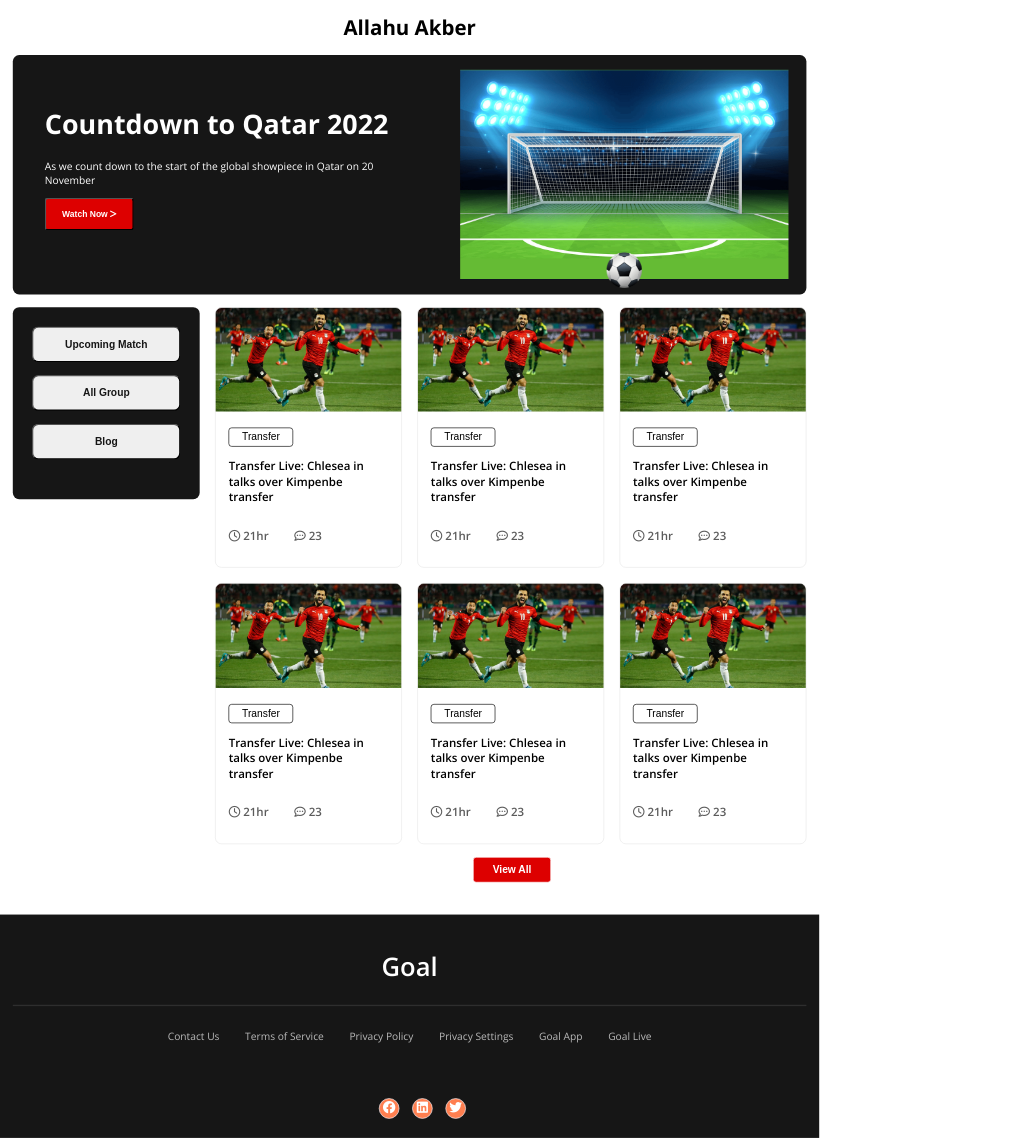
Repository: zjria/Qatar-world-cup
Page: index.html
An editor plug-in stored every save of this project. The page is shown before and after the next save, followed by the edit.
The browser window is 1280 px wide. The page is 1600 px wide, so the pictures cover 1600 px, including what lies to the right of the window. The pictures show the whole page, at 64% of full size.

Above is the page before, as saved 2022-09-10 09:36:45.

### index.html
<!DOCTYPE html>
<html lang="en">

<head>
    <meta charset="UTF-8">
    <meta http-equiv="X-UA-Compatible" content="IE=edge">
    <meta name="viewport" content="width=device-width, initial-scale=1.0">
    <title>QATAR WORLD CUP</title>
    <!-- Font Awesome CDN Link -->
    <link rel="stylesheet" href="https://cdnjs.cloudflare.com/ajax/libs/font-awesome/6.2.0/css/all.min.css"
        integrity="sha512-xh6O/CkQoPOWDdYTDqeRdPCVd1SpvCA9XXcUnZS2FmJNp1coAFzvtCN9BmamE+4aHK8yyUHUSCcJHgXloTyT2A=="
        crossorigin="anonymous" referrerpolicy="no-referrer" />
    <!-- Font Awesome CDN Link -->
    <link rel="stylesheet" href="https://cdnjs.cloudflare.com/ajax/libs/font-awesome/6.2.0/css/all.min.css"
        integrity="sha512-xh6O/CkQoPOWDdYTDqeRdPCVd1SpvCA9XXcUnZS2FmJNp1coAFzvtCN9BmamE+4aHK8yyUHUSCcJHgXloTyT2A=="
        crossorigin="anonymous" referrerpolicy="no-referrer" />
    <!-- Custom CSS -->
    <link rel="stylesheet" href="style.css">

</head>

<body>
    <h1 style="text-align:center;">Allahu Akber</h1>


    <!-- Header Section -->
    <header class="header-container">

        <div class="header-text">
            <h1>Countdown to Qatar 2022</h1>
            <p>As we count down to the start of the global showpiece in Qatar on 20 November</p>
            <button>Watch Now <i class="fa-solid fa-greater-than"></i> </button>
        </div>

        <div class="header-img">
            <marquee behavior="alternate" scrollamount="0" direction="">
                <marquee behavior="alternate" scrollamount="0" direction="">
                    <img src="images/Ball.png" class="ball" alt="">
                </marquee>

            </marquee>

        </div>


    </header>


    <!-- Nav Section start HTML -->
    <div class="nav-container">
        <nav class="nav-section">
            <div class="all-button">
                <button><a href="match.html">Upcoming Match</a></button>
                <button><a href="#">All Group</a></button>
                <button><a href="#">Blog</a></button>
            </div>
        </nav>

        <!-- Main Section Start HTML  -->
        <main class="main-section">
            <div class="transfer">
                <img src="images/Blog Image.png" alt=""> <br>
                <div class="button-text">
                    <button>Transfer</button>
                    <p>Transfer Live: Chlesea in talks over Kimpenbe transfer</p>
                    <div class="icons">
                        <p><i class="fa-regular fa-clock"></i> <span>21hr</span></p>
                        <p><i class="fa-regular fa-comment-dots"></i> <span> 23</span></p>
                    </div>
                </div>
            </div>
            <div class="transfer">
                <img src="images/Blog Image.png" alt=""> <br>
                <div class="button-text">
                    <button>Transfer</button>
                    <p>Transfer Live: Chlesea in talks over Kimpenbe transfer</p>
                    <div class="icons">
                        <p><i class="fa-regular fa-clock"></i> <span>21hr</span></p>
                        <p><i class="fa-regular fa-comment-dots"></i> <span> 23</span></p>
                    </div>
                </div>
            </div>
            <div class="transfer">
                <img src="images/Blog Image.png" alt=""> <br>
                <div class="button-text">
                    <button>Transfer</button>
                    <p>Transfer Live: Chlesea in talks over Kimpenbe transfer</p>
                    <div class="icons">
                        <p><i class="fa-regular fa-clock"></i> <span>21hr</span></p>
                        <p><i class="fa-regular fa-comment-dots"></i> <span> 23</span></p>
                    </div>
                </div>
            </div>
            <div class="transfer">
                <img src="images/Blog Image.png" alt=""> <br>
                <div class="button-text">
                    <button>Transfer</button>
                    <p>Transfer Live: Chlesea in talks over Kimpenbe transfer</p>
                    <div class="icons">
                        <p><i class="fa-regular fa-clock"></i> <span>21hr</span></p>
                        <p><i class="fa-regular fa-comment-dots"></i> <span> 23</span></p>
                    </div>
                </div>
            </div>
            <div class="transfer">
                <img src="images/Blog Image.png" alt=""> <br>
                <div class="button-text">
                    <button>Transfer</button>
                    <p>Transfer Live: Chlesea in talks over Kimpenbe transfer</p>
                    <div class="icons">
                        <p><i class="fa-regular fa-clock"></i> <span>21hr</span></p>
                        <p><i class="fa-regular fa-comment-dots"></i> <span> 23</span></p>
                    </div>
                </div>
            </div>
            <div class="transfer">
                <img src="images/Blog Image.png" alt=""> <br>
                <div class="button-text">
                    <button>Transfer</button>
                    <p>Transfer Live: Chlesea in talks over Kimpenbe transfer</p>
                    <div class="icons">
                        <p><i class="fa-regular fa-clock"></i> <span>21hr</span></p>
                        <p><i class="fa-regular fa-comment-dots"></i> <span> 23</span></p>
                    </div>
                </div>
            </div>
        </main>
    </div>

    <!-- Only Table -->
    <div class="view-all">
        <Button>View All</Button>
    </div>

    <!-- Footer Section start -->
    <div class="footer-container">
        <div class="footer">
            <h2>Goal</h2>
            <hr>
            <div class="footer-text">
                <ul>
                    <li>Contact Us</li>
                    <li>Terms of Service</li>
                    <li>Privacy Policy</li>
                    <li>Privacy Settings</li>
                    <li>Goal App</li>
                    <li>Goal Live</li>
                </ul>
            </div>
        </div>
        <!-- Social Icons start -->
        <div class="social-icons">
            <ul>
                <li><a href="https://web.facebook.com/profile.php?id=100010388645936"><i
                            class="fa-brands fa-facebook"></i></a></li>
                <li><a href="https://www.linkedin.com/in/web-developer-zj/"><i class="fa-brands fa-linkedin"></i></a>
                </li>
                <li><a href="https://twitter.com/webdeveloper_zj"><i class="fa-brands fa-twitter"></i></a></li>
            </ul>
        </div>
    </div>
</body>

</html>

### style.css
/* Google Fonts Link */
@import url('https://fonts.googleapis.com/css2?family=Open+Sans:wght@300;400;500;600;700&family=Poppins:wght@500&family=Roboto:wght@100;300;400;500;700;900&display=swap');

body {
    font-family: 'Open Sans', sans-serif;
    margin: 0%;
    padding: 0%;
    background-color: white;
}

/* Header Section */

.header-container {
    display: flex;
    border-radius: 10px;
    margin-bottom: 130px;
    margin: 20px;
    background: #161616;
}

.header-container .header-text {
    color: #FFFFFF;
    padding: 50px;
    width: 50%;

}

.header-container .header-text h1 {
    font-size: 42px;
    bottom: 20px;
}

.header-container .header-text p {
    font-size: 16px;
}

.header-container .header-text button {
    background: #DD0000;
    border-radius: 5px;
    padding: 16px 25px;
    color: white;
    font-weight: 700;
}

.header-img {
    background: url(images/goal-bar.png);
    background-repeat: no-repeat;
    background-position: center;
    background-size: 90%;
    width: 50%;
}

.header-img .ball {
    justify-content: center;
    align-items: center;
    margin: 0 auto;
    display: flex;
    margin-top: 54%;
}

.header-img img {
    width: 10%;
}

.ball {
    transition: transform 0.3s ease-out;
}

.header-img:hover .ball {
    transform: rotate(90deg);
    transform: translate(280px, -50%);
    padding-top: -60px;
    transform: scale(0.5) translate(-100%, -100%) rotate(0.5turn);

}


/* Nav Section Start */

.nav-container {
    display: flex;
    margin: 20px;
}

.nav-section {
    background: #161616;
    border-radius: 10px;
    margin-right: 24px;
    width: 500px;
    height: 300px;
}

.all-button {
    display: flex;
    flex-direction: column;
    margin: 30px 30px 0px 30px;
}

.all-button button {
    padding: 17px;
    margin-bottom: 20px;
    border-radius: 10px;
    font-weight: 700;
    font-size: 16px;
}

.all-button button a {
    text-decoration: none;
    color: #161616;
}

.all-button button:hover {
    background-color: #DD0000;
    color: white;
}

/* Main Section */
.main-section {
    display: grid;
    grid-template-columns: repeat(3, 1fr);
    grid-column-gap: 24px;
    grid-row-gap: 24px;
}

.transfer {
    border: 1px solid #E8E8E8;
    border-radius: 10px;
}

.button-text {
    padding: 20px;
}

.button-text button {
    padding: 5px 20px;
    border: 1px solid;
    border-radius: 5px;
    font-size: 16px;
    background-color: white;
}

.button-text p {
    font-size: 18px;
    font-weight: 600;
}

.transfer img {
    width: 100%;
}

.container .nav-section {
    width: 312px;
}

.icons {
    display: flex;
    color: rgba(22, 22, 22, 0.7);
    font-size: 16px;
}

.icons p {
    margin-right: 40px;
}

/* Only Table */
.view-all {
    display: flex;
    justify-content: center;
    margin: 0 auto;
    margin-right: -25%;
}

.view-all button {
    padding: 10px 30px;
    border: 1px solid;
    border-radius: 5px;
    font-size: 16px;
    color: white;
    background-color: #DD0000;
    font-weight: 700;
}



/* Footer Container style start */
.footer-container {
    width: 100%;
    background: #161616;
    margin-top: 50px;
}

.footer hr {
    border: 1px solid rgba(255, 255, 255, 0.1);

}

.footer {
    text-align: center;
    justify-content: center;
    align-items: center;
    margin: 0 auto;
    padding: 20px 0px;
}

.footer hr {
    margin: 0px 20px;
}

.footer-container h2 {
    color: #FFFFFF;
    font-weight: 600;
    font-size: 40px;

}

.footer-container .footer-text {
    color: #FFFFFF;
    text-align: center;
    justify-content: center;
    align-items: center;

}

.footer-container .footer-text ul {
    display: flex;
    text-align: center;
    justify-content: center;
    align-items: center;
    /* margin: 0px 20px; */
    padding: 0px;
}

.footer-container .footer-text ul li {
    text-decoration: none;
    list-style: none;
    margin: 20px 20px;
    color: #B9B9B9;
    font-size: 16px;
}

/* Social Icons style start */
.social-icons {
    color: white;
    font-size: 20px;
    margin: 0 auto;
    text-align: center;
    justify-content: center;
    align-items: center;
    display: flex;
}

.social-icons ul {
    display: flex;
}

.social-icons ul li {
    background-color: coral;
    border-radius: 50%;
    width: 30px;
    height: 30px;
    border: 1px solid ghostwhite;
    list-style: none;
    margin: 10px;

}

.social-icons ul li a {
    color: white;
}

After the next save:
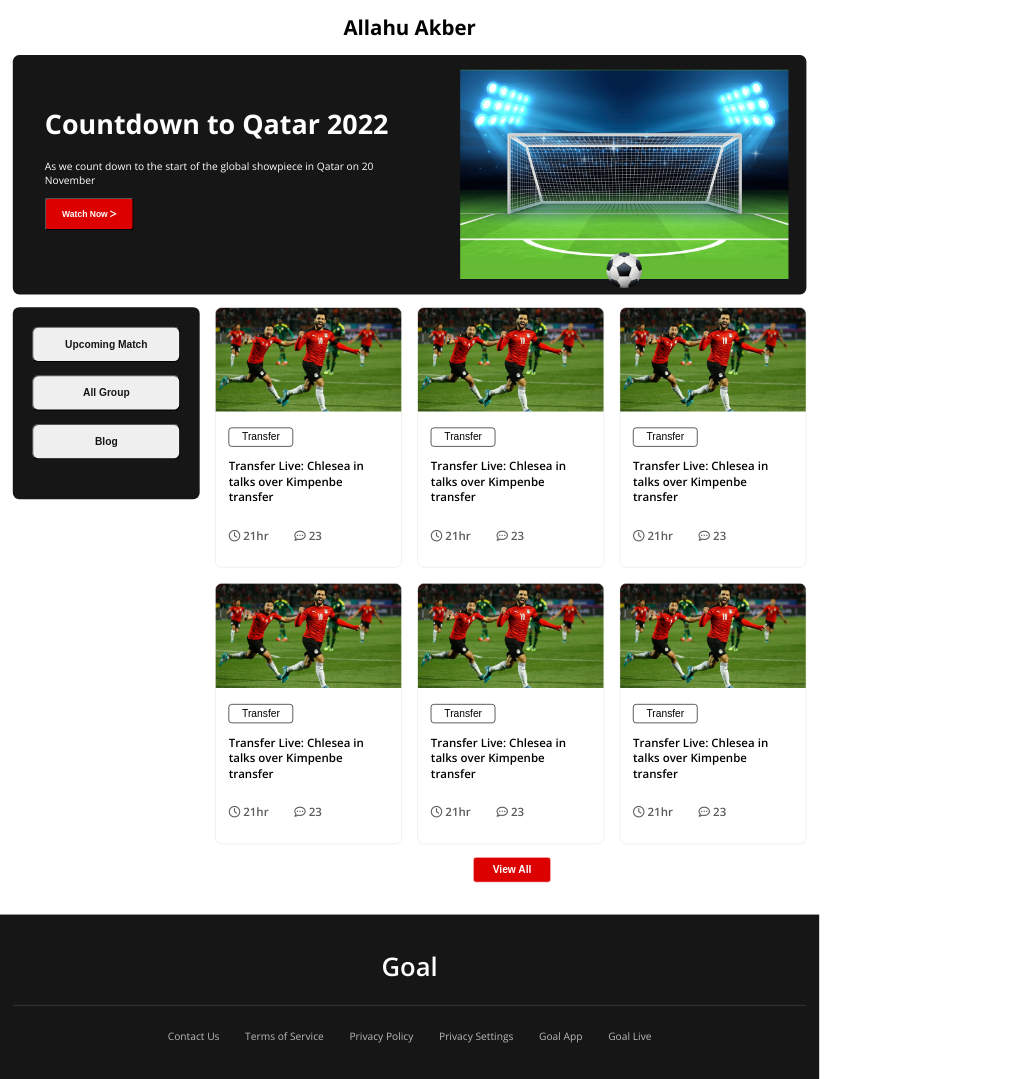
Saved 23 s later.
--- a/index.html
+++ b/index.html
@@ -148,7 +148,7 @@
                 </ul>
             </div>
         </div>
-        <!-- Social Icons start -->
+        <!-- Social Icons start
         <div class="social-icons">
             <ul>
                 <li><a href="https://web.facebook.com/profile.php?id=100010388645936"><i
@@ -157,7 +157,7 @@
                 </li>
                 <li><a href="https://twitter.com/webdeveloper_zj"><i class="fa-brands fa-twitter"></i></a></li>
             </ul>
-        </div>
+        </div> -->
     </div>
 </body>
 

After the save that followed:
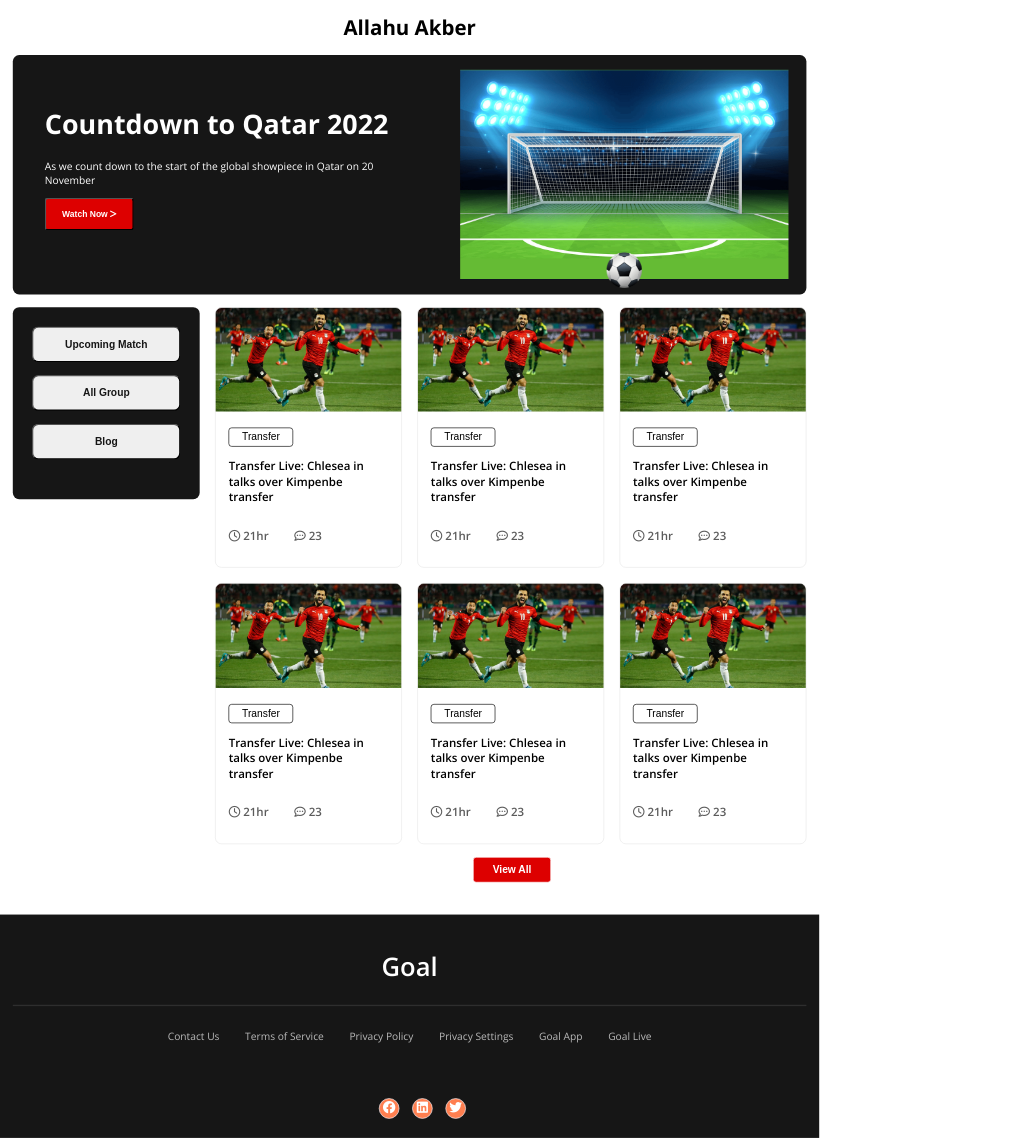
Saved 80 s later.
--- a/index.html
+++ b/index.html
@@ -148,7 +148,7 @@
                 </ul>
             </div>
         </div>
-        <!-- Social Icons start
+        <!-- Social Icons start -->
         <div class="social-icons">
             <ul>
                 <li><a href="https://web.facebook.com/profile.php?id=100010388645936"><i
@@ -157,7 +157,7 @@
                 </li>
                 <li><a href="https://twitter.com/webdeveloper_zj"><i class="fa-brands fa-twitter"></i></a></li>
             </ul>
-        </div> -->
+        </div>
     </div>
 </body>
 
